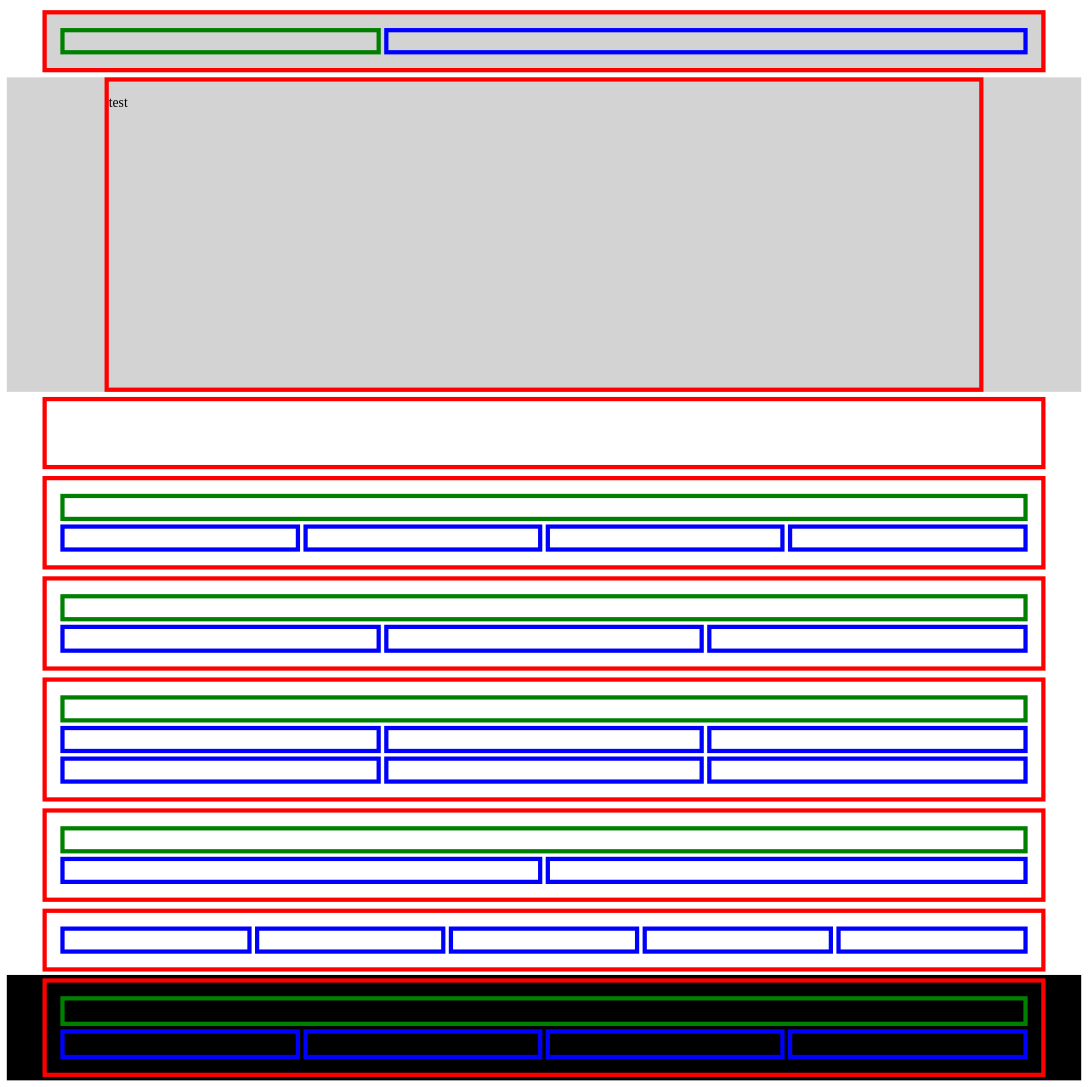
Repository: anderscederberg11/LAB2BG
Page: index.html
These files come from the project's save history. The page is drawn as it stood at one moment and after the next save; the edit follows.
The browser window is 1280 px wide. The pictures show the whole page, at 85% of full size.

Above is the page before, as saved 2024-01-30 23:03:18.

After the next save:
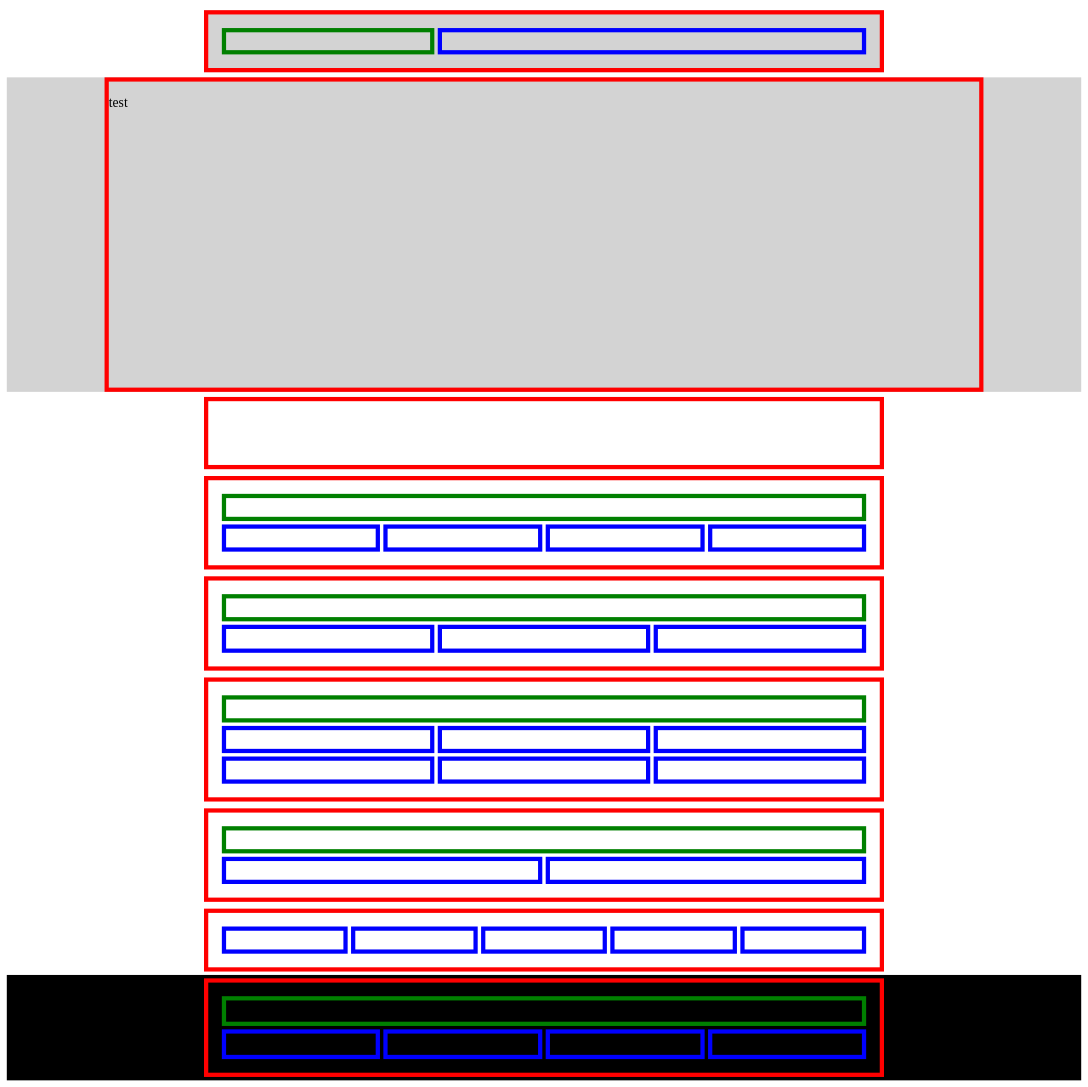
Saved 19 s later.
--- a/css/style.css
+++ b/css/style.css
@@ -44,7 +44,7 @@
 
 .headerContainer, .sectionTwo, .sectionThree, .sectionFour, .sectionFive, .sectionSix, .sectionSeven, .sectionFooter{
   display:grid;
-  width:90%;
+  width:60%;
   grid-gap:0.25em;
   padding:1em;
   margin:0.25em;
